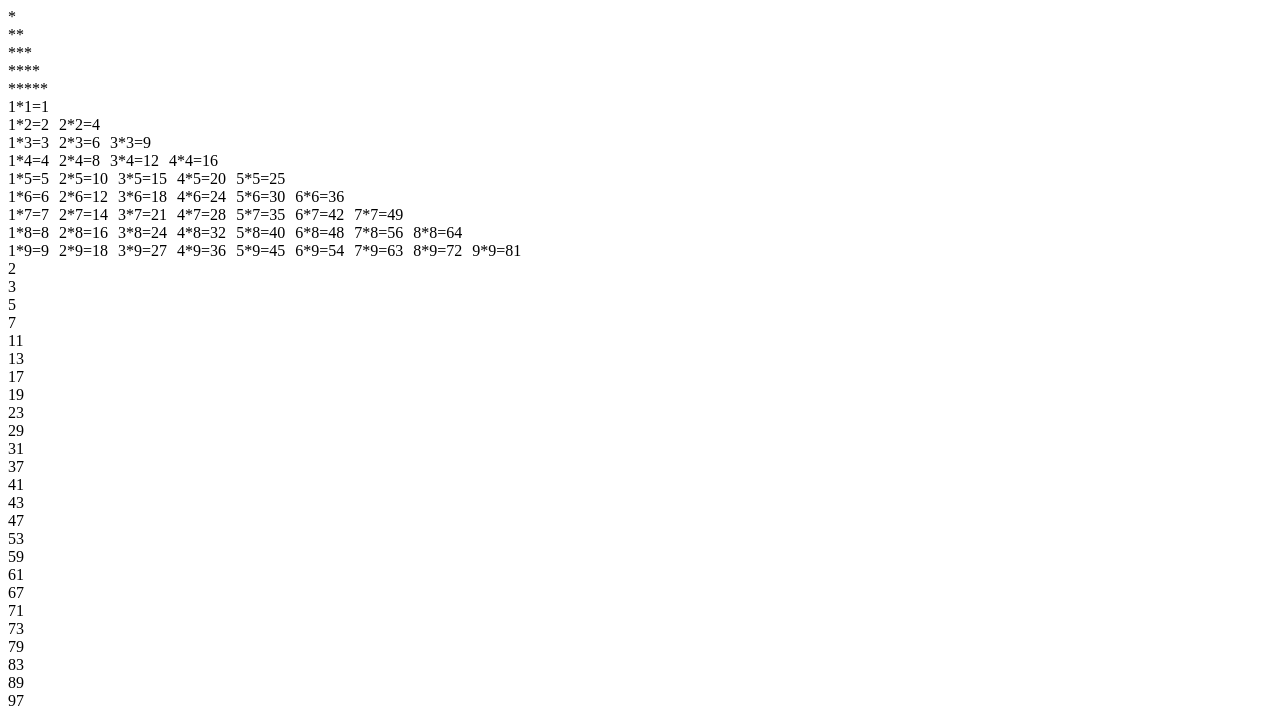
Repository: w441813542/webrecord
Page: JavaScript部分/20for循环练习.html
An editor plug-in stored every save of this project. The page is shown before and after the next save, followed by the edit.
The browser window is 1280 px wide. The pictures show the whole page.

Above is the page before, as saved 2021-03-18 10:48:01.

### JavaScript部分/20for循环练习.html
<html lang="en">

<head>
    <meta charset="UTF-8">
    <meta http-equiv="X-UA-Compatible" content="IE=edge">
    <meta name="viewport" content="width= , initial-scale=1.0">
    <title>Document</title>
    <style>
        span {
            display: inline-block;
            margin-right: 10px;
        }
    </style>
    <script type="text/javascript">
        /**

        输出：
          *
          **
          ***
          ****
          *****
        */
        for (var i = 1; i <= 5; i++) {
            for (var j = 0; j < i; j++) {
                document.write("*");
            }
            document.write("<br/>");
        }

        /**
         * 打印九九乘法表
         */

        for (var i = 1; i <= 9; i++) {
            for (var j = 1; j <= i; j++) {
                document.write("<span>" + j + "*" + i + "=" + (i * j) + "</span>");
            }
            document.write("<br/>");
        }


        /**
         * 打印1-100所有质数
         */
        for (var i = 2; i <= 100; i++) {
            var flag = true;
            for (var j = 2; j < i; j++) {
                if (i % j == 0) {
                    flag = false;
                }
            }
            if (flag) {
                document.write(i + "<br/>");
            }
        }
    </script>
</head>

<body>
</body>

</html>

After the next save:
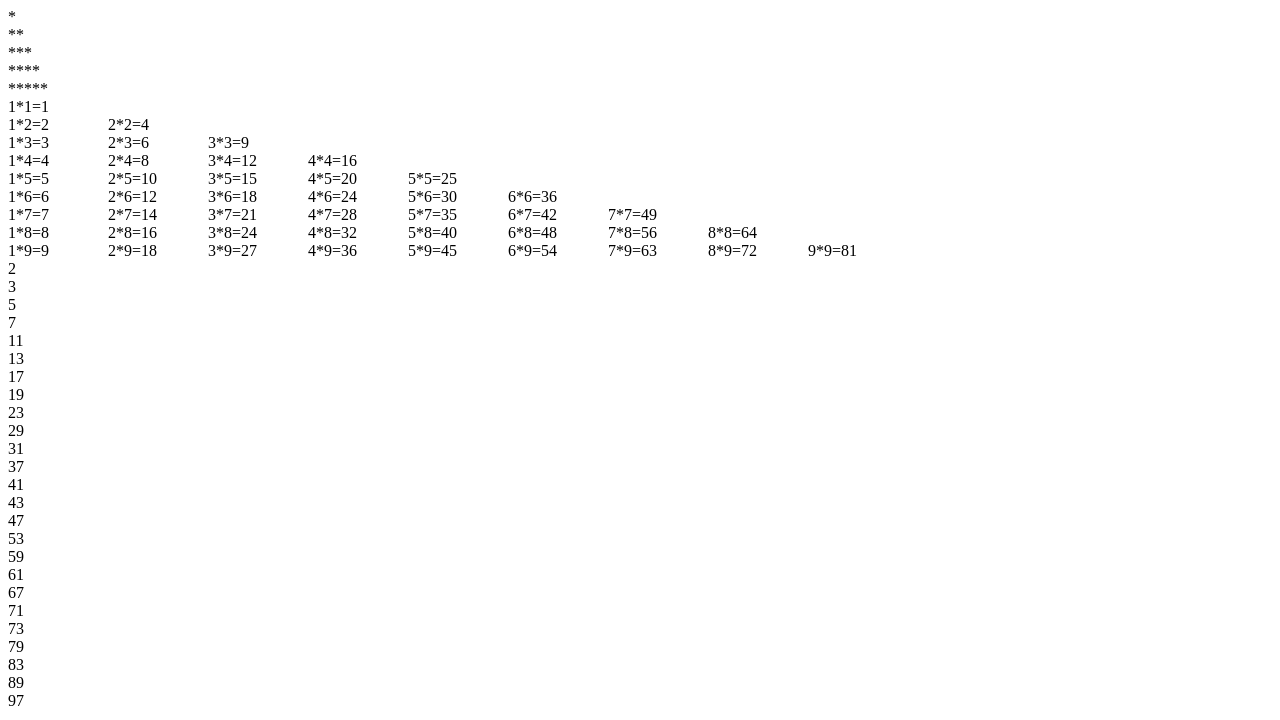
Saved 63 s later.
--- a/JavaScript部分/20for循环练习.html
+++ b/JavaScript部分/20for循环练习.html
@@ -8,7 +8,7 @@
     <style>
         span {
             display: inline-block;
-            margin-right: 10px;
+            width: 100px;
         }
     </style>
     <script type="text/javascript">
